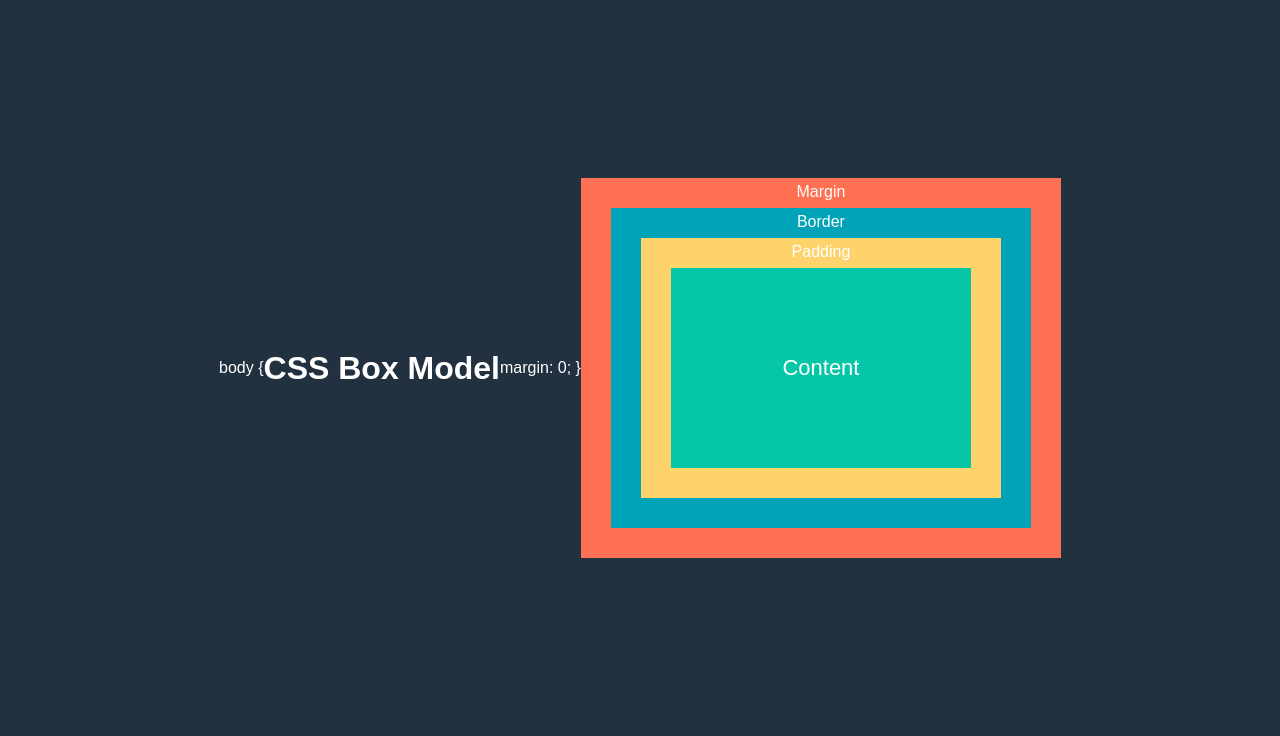
Repository: Glory998/ELCE1-32
Page: box.html
These files come from the project's save history. The page is drawn as it stood at one moment and after the next save; the edit follows.
The browser window is 1280 px wide. The pictures show the whole page.

Above is the page before, as saved 2025-12-11 23:23:46.

### box.html
<!DOCTYPE html>
<html>
<head>
<style>
body{
  background:#223140;
  display:flex;
  justify-content:center;
  align-items:center;
  height:100vh;
  font-family:Arial;
  color:white;
}

/* OUTER LAYER – MARGIN */
.margin{
  background:#ff6f52;
  padding:30px;
  position:relative;
}
.margin::after{
  content:"Margin";
  position:absolute;
  top:5px;
  left:50%;
  transform:translateX(-50%);
}

/* BORDER LAYER */
.border{
  background:#00a3b8;
  padding:30px;
  position:relative;
}
.border::after{
  content:"Border";
  position:absolute;
  top:5px;
  left:50%;
  transform:translateX(-50%);
}

/* PADDING LAYER */
.padding{
  background:#ffd36b;
  padding:30px;
  position:relative;
}
.padding::after{
  content:"Padding";
  position:absolute;
  top:5px;
  left:50%;
  transform:translateX(-50%);
}

/* CONTENT BOX */
.content{
  background:#06c6a8;
  width:300px;
  height:200px;
  display:flex;
  justify-content:center;
  align-items:center;
  font-size:22px;
  position:relative;
}
</style>
</head>
<body>
    body {
<h1>CSS Box Model</h1>
margin: 0;
    }
<div class="margin">
  <div class="border">
    <div class="padding">
      <div class="content">Content</div>
    </div>
  </div>
</div>

</body>
</html>

After the next save:
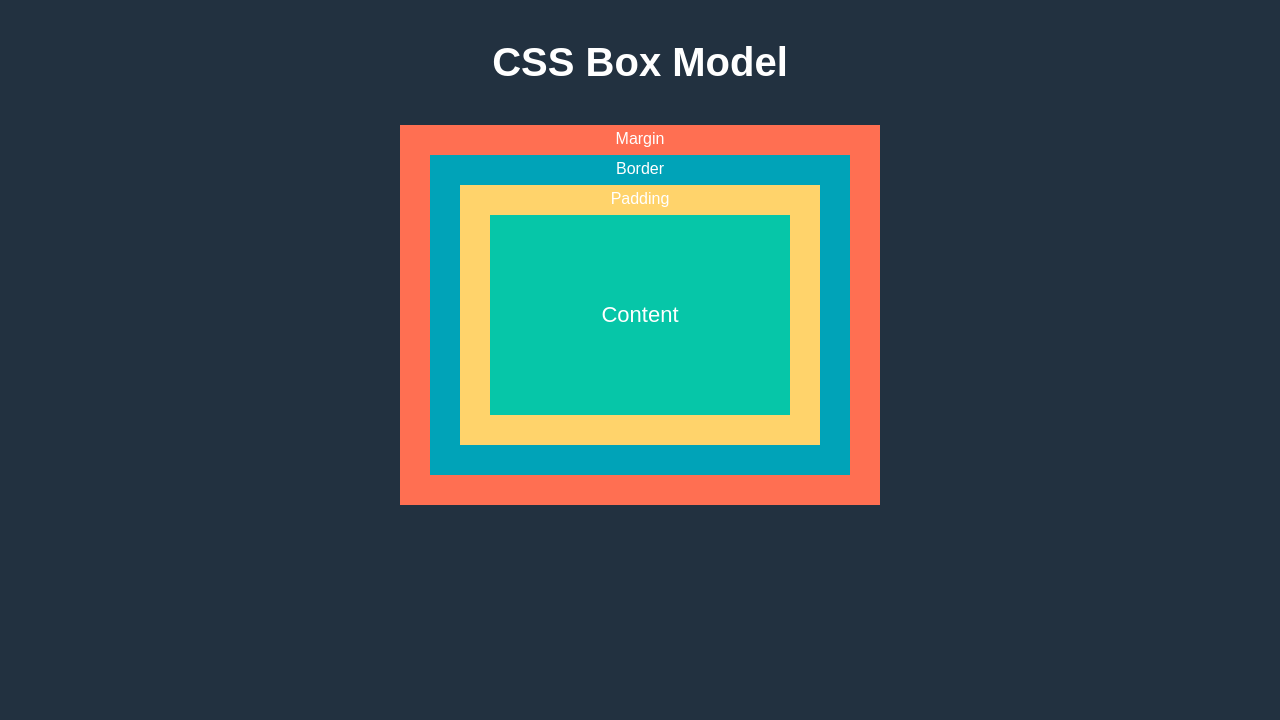
Saved 70 s later.
--- a/box.html
+++ b/box.html
@@ -3,13 +3,18 @@
 <head>
 <style>
 body{
+  margin:0;                 /* ← Heading ko center me lane ka fix */
   background:#223140;
-  display:flex;
-  justify-content:center;
-  align-items:center;
-  height:100vh;
   font-family:Arial;
   color:white;
+  text-align:center;
+}
+
+/* Heading */
+h1{
+  margin-top:40px;
+  margin-bottom:40px;
+  font-size:40px;
 }
 
 /* OUTER LAYER – MARGIN */
@@ -17,6 +22,7 @@ body{
   background:#ff6f52;
   padding:30px;
   position:relative;
+  display:inline-block;
 }
 .margin::after{
   content:"Margin";
@@ -26,7 +32,7 @@ body{
   transform:translateX(-50%);
 }
 
-/* BORDER LAYER */
+/* BORDER */
 .border{
   background:#00a3b8;
   padding:30px;
@@ -40,7 +46,7 @@ body{
   transform:translateX(-50%);
 }
 
-/* PADDING LAYER */
+/* PADDING */
 .padding{
   background:#ffd36b;
   padding:30px;
@@ -54,7 +60,7 @@ body{
   transform:translateX(-50%);
 }
 
-/* CONTENT BOX */
+/* CONTENT */
 .content{
   background:#06c6a8;
   width:300px;
@@ -63,15 +69,13 @@ body{
   justify-content:center;
   align-items:center;
   font-size:22px;
-  position:relative;
 }
 </style>
 </head>
 <body>
-    body {
+
 <h1>CSS Box Model</h1>
-margin: 0;
-    }
+
 <div class="margin">
   <div class="border">
     <div class="padding">
